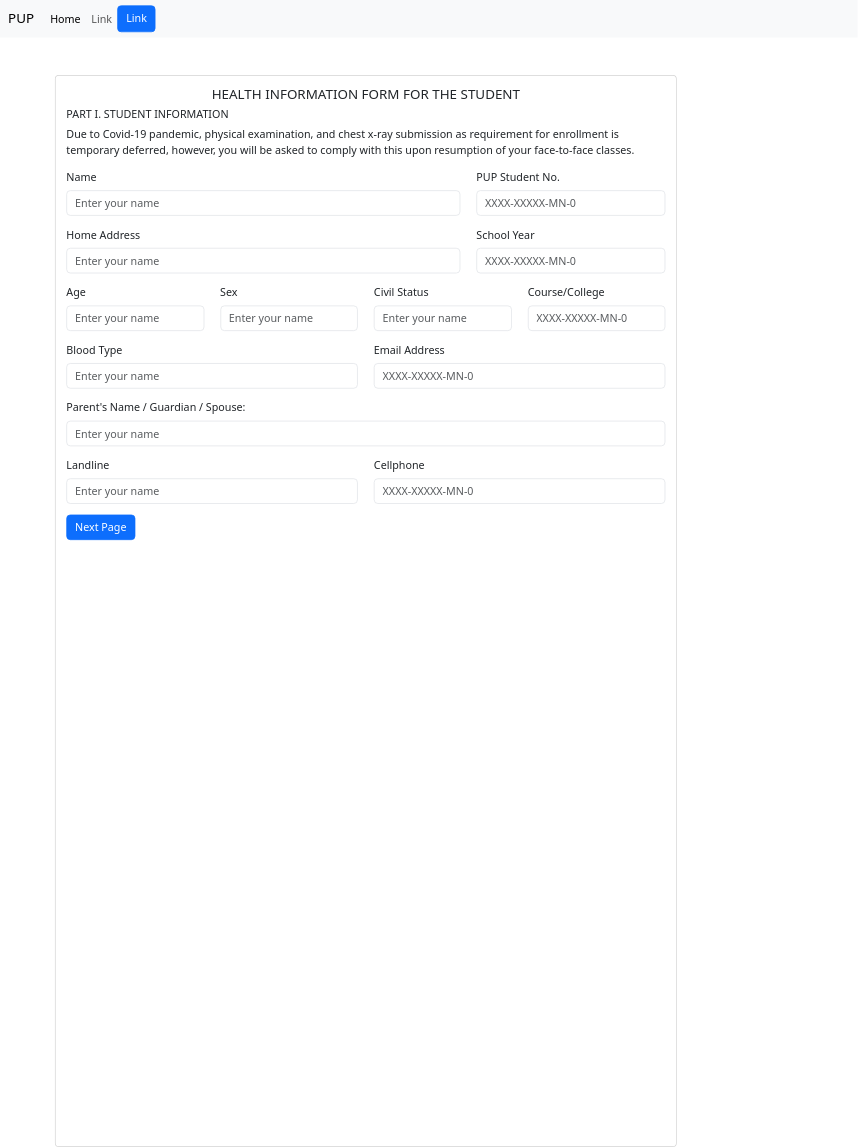
Repository: Nicktacku/webdev
Page: form.html
These files come from the project's save history. The page is drawn as it stood at one moment and after the next save; the edit follows.
The browser window is 1280 px wide. The pictures show the whole page, at 67% of full size.

Above is the page before, as saved 2024-07-15 18:00:27.

### form.html
<!DOCTYPE html>
<html lang="en">
  <head>
    <meta charset="UTF-8" />
    <meta name="viewport" content="width=device-width, initial-scale=1.0" />
    <title>Document</title>
    <link
      href="https://cdn.jsdelivr.net/npm/bootstrap@5.3.3/dist/css/bootstrap.min.css"
      rel="stylesheet"
      integrity="sha384-QWTKZyjpPEjISv5WaRU9OFeRpok6YctnYmDr5pNlyT2bRjXh0JMhjY6hW+ALEwIH"
      crossorigin="anonymous"
    />
  </head>
  <body>
    <!-- Navbar -->
    <nav class="navbar navbar-expand-lg bg-body-tertiary">
        <div class="container-fluid">
          <a class="navbar-brand" href="#">PUP</a>
          <button
            class="navbar-toggler"
            type="button"
            data-bs-toggle="collapse"
            data-bs-target="#navbarSupportedContent"
            aria-controls="navbarSupportedContent"
            aria-expanded="false"
            aria-label="Toggle navigation"
          >
            <span class="navbar-toggler-icon"></span>
          </button>
          <div class="collapse navbar-collapse" id="navbarSupportedContent">
            <ul class="navbar-nav me-auto mb-2 mb-lg-0">
              <li class="nav-item">
                <a class="nav-link active" aria-current="page" href="#">Home</a>
              </li>
              <li class="nav-item">
                <a class="nav-link" href="#">Link</a>
              </li>

              <a class="btn btn-primary" href="form.html" role="button">Link</a>
          </div>
        </div>
      </nav>

    <div
      class="container mt-2 pt-5"
    >

    <!-- Section 1 -->
    <div class="card" style="width: 58rem; height: 100rem">

        <div class="card-body">
          <h5 class="card-title d-flex justify-content-center">HEALTH INFORMATION FORM FOR THE STUDENT</h5>
          <h6 class="card-text">PART I. STUDENT INFORMATION</h6>
          <p class="card-text">Due to Covid-19 pandemic, physical examination, and chest x-ray submission as requirement for enrollment is
            temporary deferred, however, you will be asked to comply with this upon resumption of your face-to-face classes.</p>

            <div class="row">
                <div class="col-8">
                    <div class="mb-3">
                        <label for="name" class="form-label">Name</label>
                        <input type="text" class="form-control" id="name-input" placeholder="Enter your name">
                      </div>
                </div>
                <div class="col">
                    <div class="mb-3">
                        <label for="name" class="form-label">PUP Student No.</label>
                        <input type="text" class="form-control" id="name-input" placeholder="XXXX-XXXXX-MN-0">
                      </div>
                </div>
            </div>

            <div class="row">
                <div class="col-8">
                    <div class="mb-3">
                        <label for="name" class="form-label">Home Address</label>
                        <input type="text" class="form-control" id="name-input" placeholder="Enter your name">
                      </div>
                </div>
                <div class="col">
                    <div class="mb-3">
                        <label for="name" class="form-label">School Year</label>
                        <input type="text" class="form-control" id="name-input" placeholder="XXXX-XXXXX-MN-0">
                      </div>
                </div>
            </div>

            <div class="row">
                <div class="col-3">
                    <div class="mb-3">
                        <label for="name" class="form-label">Age</label>
                        <input type="text" class="form-control" id="name-input" placeholder="Enter your name">
                      </div>
                </div>
                <div class="col-3">
                    <div class="mb-3">
                        <label for="name" class="form-label">Sex</label>
                        <input type="text" class="form-control" id="name-input" placeholder="Enter your name">
                      </div>
                </div>
                <div class="col-3">
                    <div class="mb-3">
                        <label for="name" class="form-label">Civil Status</label>
                        <input type="text" class="form-control" id="name-input" placeholder="Enter your name">
                      </div>
                </div>
                <div class="col">
                    <div class="mb-3">
                        <label for="name" class="form-label">Course/College</label>
                        <input type="text" class="form-control" id="name-input" placeholder="XXXX-XXXXX-MN-0">
                      </div>
                </div>
            </div>

            <div class="row">
                <div class="col-6">
                    <div class="mb-3">
                        <label for="name" class="form-label">Blood Type</label>
                        <input type="text" class="form-control" id="name-input" placeholder="Enter your name">
                      </div>
                </div>
                <div class="col">
                    <div class="mb-3">
                        <label for="name" class="form-label">Email Address</label>
                        <input type="text" class="form-control" id="name-input" placeholder="XXXX-XXXXX-MN-0">
                      </div>
                </div>
            </div>

            <div class="row">
                <div class="col">
                    <div class="mb-3">
                        <label for="name" class="form-label">Parent's Name / Guardian / Spouse:</label>
                        <input type="text" class="form-control" id="name-input" placeholder="Enter your name">
                      </div>
                </div>
            </div>

            <div class="row">
                <div class="col-6">
                    <div class="mb-3">
                        <label for="name" class="form-label">Landline</label>
                        <input type="text" class="form-control" id="name-input" placeholder="Enter your name">
                      </div>
                </div>
                <div class="col">
                    <div class="mb-3">
                        <label for="name" class="form-label">Cellphone</label>
                        <input type="text" class="form-control" id="name-input" placeholder="XXXX-XXXXX-MN-0">
                      </div>
                </div>
            </div>

          <a href="#" class="btn btn-primary">Next Page</a>
        </div>
      </div>


    <script
      src="https://cdn.jsdelivr.net/npm/bootstrap@5.3.3/dist/js/bootstrap.bundle.min.js"
      integrity="sha384-YvpcrYf0tY3lHB60NNkmXc5s9fDVZLESaAA55NDzOxhy9GkcIdslK1eN7N6jIeHz"
      crossorigin="anonymous"
    ></script>
  </body>
</html>

After the next save:
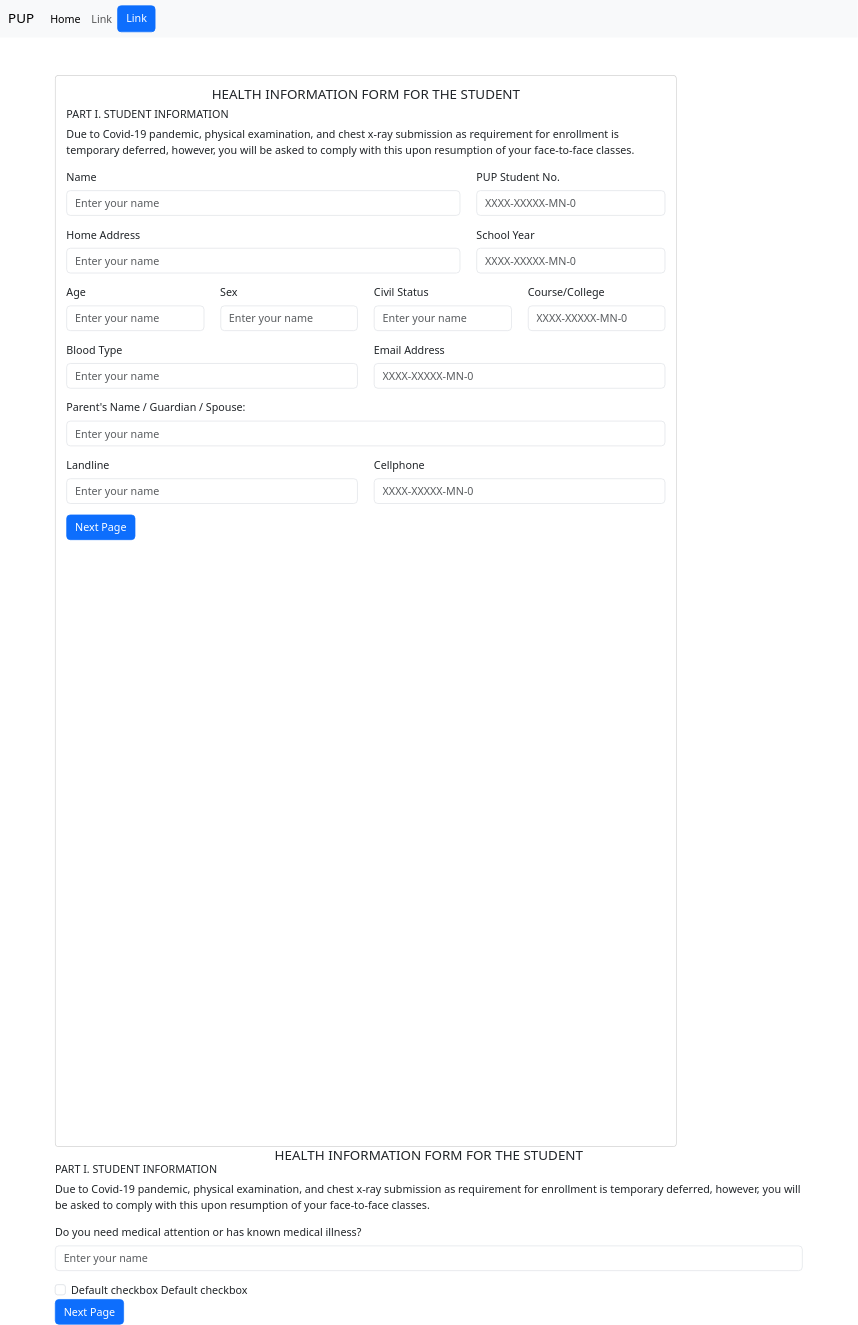
Saved 9 min 2 s later.
--- a/form.html
+++ b/form.html
@@ -45,10 +45,11 @@
       class="container mt-2 pt-5"
     >
 
-    <!-- Section 1 -->
+
     <div class="card" style="width: 58rem; height: 100rem">
 
-        <div class="card-body">
+        <!-- section 1 -->
+        <div class="card-body" id="section-1">
           <h5 class="card-title d-flex justify-content-center">HEALTH INFORMATION FORM FOR THE STUDENT</h5>
           <h6 class="card-text">PART I. STUDENT INFORMATION</h6>
           <p class="card-text">Due to Covid-19 pandemic, physical examination, and chest x-ray submission as requirement for enrollment is
@@ -154,6 +155,36 @@
         </div>
       </div>
 
+      <!-- Section 2 -->
+      <div class="card-body" id="section-1">
+        <h5 class="card-title d-flex justify-content-center">HEALTH INFORMATION FORM FOR THE STUDENT</h5>
+        <h6 class="card-text">PART I. STUDENT INFORMATION</h6>
+        <p class="card-text">Due to Covid-19 pandemic, physical examination, and chest x-ray submission as requirement for enrollment is
+          temporary deferred, however, you will be asked to comply with this upon resumption of your face-to-face classes.</p>
+
+          <div class="row">
+            <div class="col">
+                <div class="mb-3">
+                    <label for="name" class="form-label">Do you need medical attention or has known medical illness?</label>
+                    <input type="text" class="form-control" id="name-input" placeholder="Enter your name">
+                </div>
+                <div class="form-check">
+                    <input class="form-check-input" type="checkbox" value="" id="flexCheckDefault">
+                    <label class="form-check-label" for="flexCheckDefault">
+                      Default checkbox
+                    </label>
+                    <input class="form-check-input" type="checkbox" value="" id="flexCheckDefault">
+                    <label class="form-check-label" for="flexCheckDefault">
+                      Default checkbox
+                    </label>
+                </div>
+            </div>
+          </div>
+
+        <a href="#" class="btn btn-primary">Next Page</a>
+      </div>
+    </div>
+
 
     <script
       src="https://cdn.jsdelivr.net/npm/bootstrap@5.3.3/dist/js/bootstrap.bundle.min.js"
